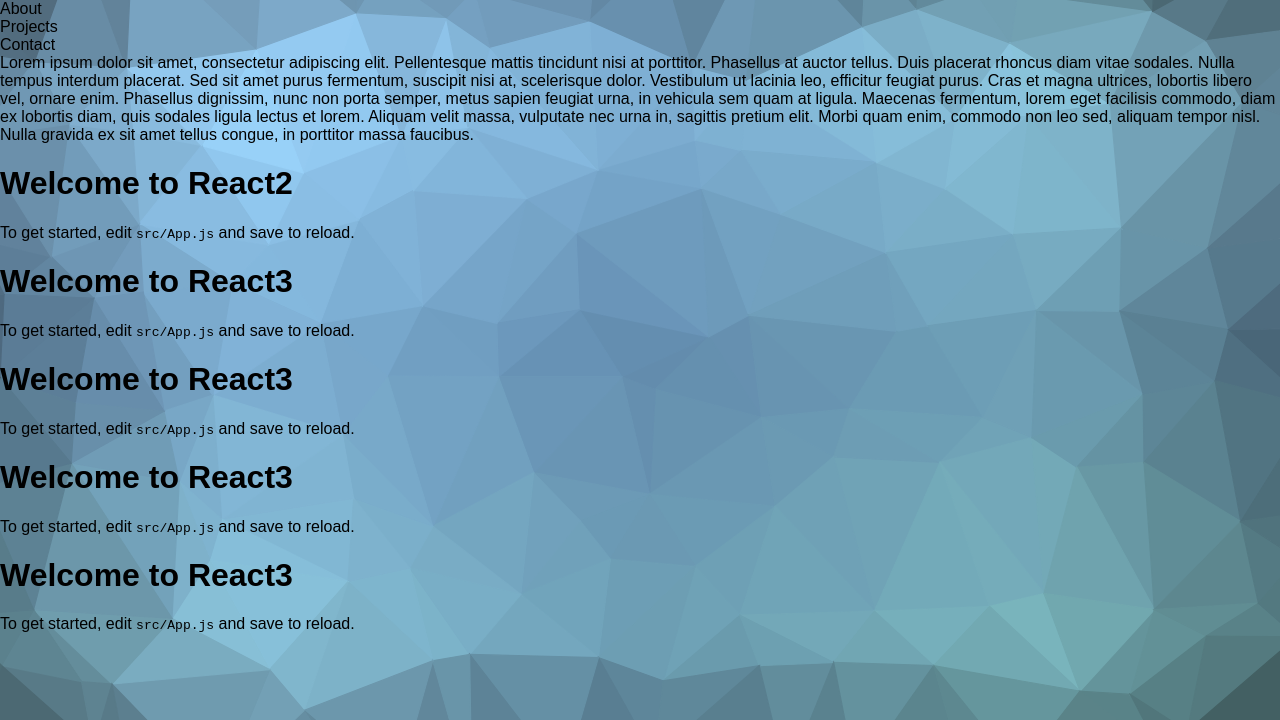
Repository: jordanCain/Education
Page: /
The author's editor kept a copy of each file at every save. The page is drawn from the files as they stood at one save, then again after the next save.
The browser window is 1280 px wide. The pictures show the whole page.
The project was rebuilt for these pictures with package versions that can differ from the ones it lists, and the page was loaded fresh each time.

Above is the page before, as saved 2018-07-16 21:32:48.

### src/index.js
import React from 'react';
import ReactDOM from 'react-dom';
import './style.css';
import App from './App';
import registerServiceWorker from './registerServiceWorker';

ReactDOM.render(<App />, document.getElementById('root'));
registerServiceWorker();

### src/style.css
body {
  margin: 0;
  padding: 0;
  font-family: sans-serif;
  background: url(./images/background.svg) no-repeat center center fixed;
  background-size: cover;
}

### src/App.js
import React, { Component } from 'react';
import NavBar from './views/NavBar';
import About from './views/About';
import Projects from './views/Projects';
import Contact from './views/Contact';

class App extends Component {
	render() {
		return (
			<div className="App">
				<NavBar />
				<About />
				<Projects />
				<Contact />
			</div>
		);
	}
}

export default App;

### src/views/NavBar.js
import React from 'react';
import pageIDs from '../constants/pageIDs';

class NavBar extends React.Component{
    render(){
        return(
        <div>
            <div
                onClick={() => { document.getElementById(pageIDs.about).scrollIntoView()}}>
                About
            </div>
            <div
                onClick={() => { document.getElementById(pageIDs.projects).scrollIntoView()}}>
                Projects
            </div>
            <div
                onClick={() => { document.getElementById(pageIDs.contact).scrollIntoView()}}>
                Contact
            </div>
        </div>
        );
    }
}

export default NavBar;

### src/views/About.js
import React from 'react';
import pageIDs from '../constants/pageIDs';

class Page1 extends React.Component {
    render() {
        return(
            <div className="App" id={pageIDs.about}>
                Lorem ipsum dolor sit amet, consectetur adipiscing elit. Pellentesque mattis tincidunt nisi at porttitor. Phasellus at auctor tellus. Duis placerat rhoncus diam vitae sodales. Nulla tempus interdum placerat. Sed sit amet purus fermentum, suscipit nisi at, scelerisque dolor. Vestibulum ut lacinia leo, efficitur feugiat purus. Cras et magna ultrices, lobortis libero vel, ornare enim. Phasellus dignissim, nunc non porta semper, metus sapien feugiat urna, in vehicula sem quam at ligula. Maecenas fermentum, lorem eget facilisis commodo, diam ex lobortis diam, quis sodales ligula lectus et lorem. Aliquam velit massa, vulputate nec urna in, sagittis pretium elit. Morbi quam enim, commodo non leo sed, aliquam tempor nisl. Nulla gravida ex sit amet tellus congue, in porttitor massa faucibus.
            </div>
        )
    }
}

export default Page1;

### src/views/Projects.js
import React from 'react';
import pageIDs from '../constants/pageIDs';

class Page2 extends React.Component {
    render() {
        return(
            <div className="App" id={pageIDs.projects}>
                <header className="App-header">
                <h1 className="App-title">Welcome to React2</h1>
                </header>
                <p className="App-intro">
                To get started, edit <code>src/App.js</code> and save to reload.
                </p>
            </div>
        )
    }
}

export default Page2;

### src/views/Contact.js
import React from 'react';
import pageIDs from '../constants/pageIDs';

class Page3 extends React.Component {
    render() {
        return(
            <div className="App" id={pageIDs.contact}>
                <header className="App-header">
                <h1 className="App-title">Welcome to React3</h1>
                </header>
                <p className="App-intro">
                To get started, edit <code>src/App.js</code> and save to reload.
                </p>
                <header className="App-header">
                <h1 className="App-title">Welcome to React3</h1>
                </header>
                <p className="App-intro">
                To get started, edit <code>src/App.js</code> and save to reload.
                </p>
                <header className="App-header">
                <h1 className="App-title">Welcome to React3</h1>
                </header>
                <p className="App-intro">
                To get started, edit <code>src/App.js</code> and save to reload.
                </p>
                <header className="App-header">
                <h1 className="App-title">Welcome to React3</h1>
                </header>
                <p className="App-intro">
                To get started, edit <code>src/App.js</code> and save to reload.
                </p>
            </div>
        )
    }
}

export default Page3;

### src/constants/pageIDs.json
{
    "about": "ABOUT",
    "projects": "PROJECTS",
    "contact": "CONTACT"
}

Loaded but not shown: public/index.html (common file); src/registerServiceWorker.js (common file)

After the next save:
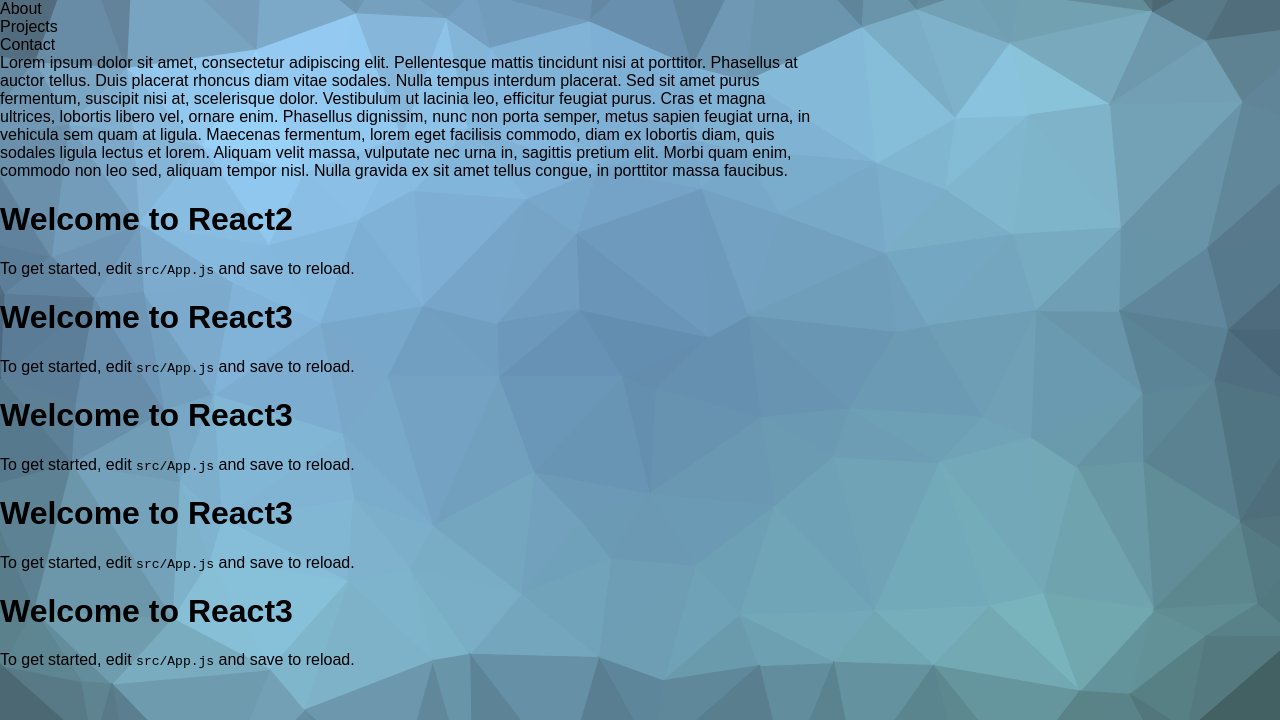
Saved 28 s later.
--- a/src/style.css
+++ b/src/style.css
@@ -5,3 +5,8 @@
   background: url(./images/background.svg) no-repeat center center fixed;
   background-size: cover;
 }
+
+.App {
+  width: 80%
+
+}
